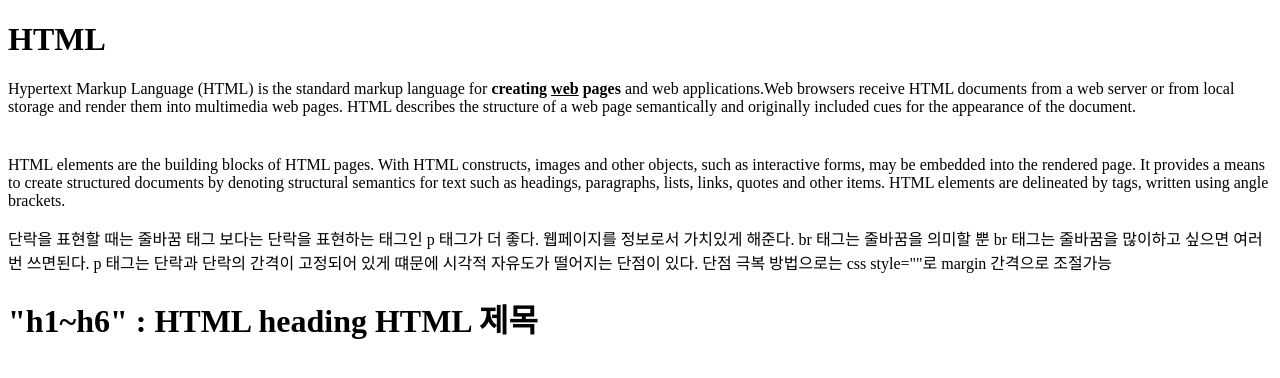
Repository: winterer4/Web-1
Page: HTML5/1.html
An editor plug-in stored every save of this project. The page is shown before and after the next save, followed by the edit.
The browser window is 1280 px wide. The pictures show the whole page.

Above is the page before, as saved 2018-10-25 06:52:37.

After the next save:
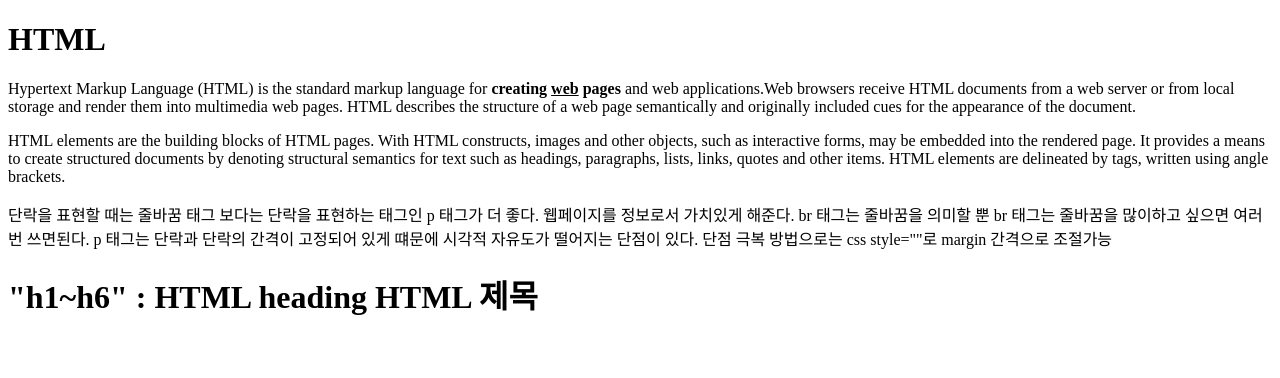
Saved 28 s later.
--- a/HTML5/1.html
+++ b/HTML5/1.html
@@ -7,7 +7,7 @@
 <body>
 <h1>HTML</h1>
 <p>Hypertext Markup Language (HTML) is the standard markup language for <strong>creating <u>web</u> pages</strong> and web applications.Web browsers receive HTML documents from a web server or from local storage and render them into multimedia web pages. HTML describes the structure of a web page semantically and originally included cues for the appearance of the document.</p>
-<p style="margin-top:40px;">HTML elements are the building blocks of HTML pages. With HTML constructs, images and other objects, such as interactive forms, may be embedded into the rendered page. It provides a means to create structured documents by denoting structural semantics for text such as headings, paragraphs, lists, links, quotes and other items. HTML elements are delineated by tags, written using angle brackets.</p>
+<p>HTML elements are the building blocks of HTML pages. With HTML constructs, images and other objects, such as interactive forms, may be embedded into the rendered page. It provides a means to create structured documents by denoting structural semantics for text such as headings, paragraphs, lists, links, quotes and other items. HTML elements are delineated by tags, written using angle brackets.</p>
 
 단락을 표현할 때는 줄바꿈 태그 보다는 단락을 표현하는 태그인 p 태그가 더 좋다.
 웹페이지를 정보로서 가치있게 해준다.

After the save that followed:
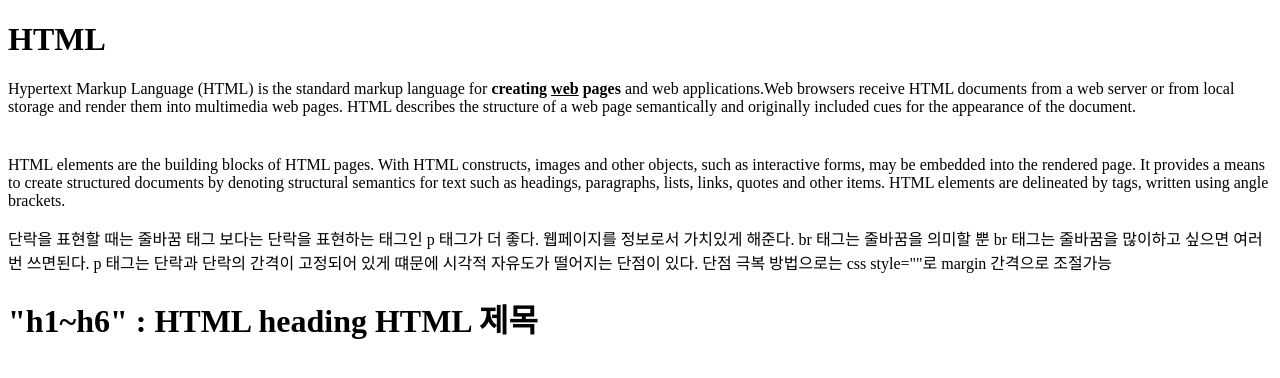
Saved 11 s later.
--- a/HTML5/1.html
+++ b/HTML5/1.html
@@ -7,7 +7,7 @@
 <body>
 <h1>HTML</h1>
 <p>Hypertext Markup Language (HTML) is the standard markup language for <strong>creating <u>web</u> pages</strong> and web applications.Web browsers receive HTML documents from a web server or from local storage and render them into multimedia web pages. HTML describes the structure of a web page semantically and originally included cues for the appearance of the document.</p>
-<p>HTML elements are the building blocks of HTML pages. With HTML constructs, images and other objects, such as interactive forms, may be embedded into the rendered page. It provides a means to create structured documents by denoting structural semantics for text such as headings, paragraphs, lists, links, quotes and other items. HTML elements are delineated by tags, written using angle brackets.</p>
+<p style="margin-top:40px;">HTML elements are the building blocks of HTML pages. With HTML constructs, images and other objects, such as interactive forms, may be embedded into the rendered page. It provides a means to create structured documents by denoting structural semantics for text such as headings, paragraphs, lists, links, quotes and other items. HTML elements are delineated by tags, written using angle brackets.</p>
 
 단락을 표현할 때는 줄바꿈 태그 보다는 단락을 표현하는 태그인 p 태그가 더 좋다.
 웹페이지를 정보로서 가치있게 해준다.
